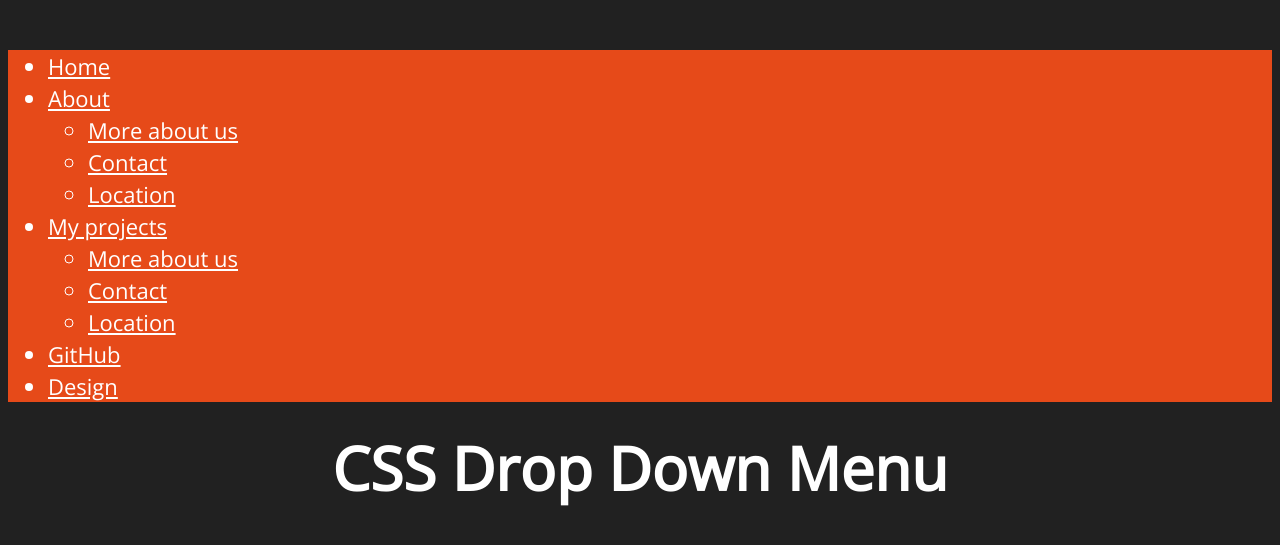
Repository: alikahwaji/HTML-CSS-workshop
Page: index.html
These files come from the project's save history. The page is drawn as it stood at one moment and after the next save; the edit follows.
The browser window is 1280 px wide. The pictures show the whole page.

Above is the page before, as saved 2019-10-29 11:59:21.

After the next save:
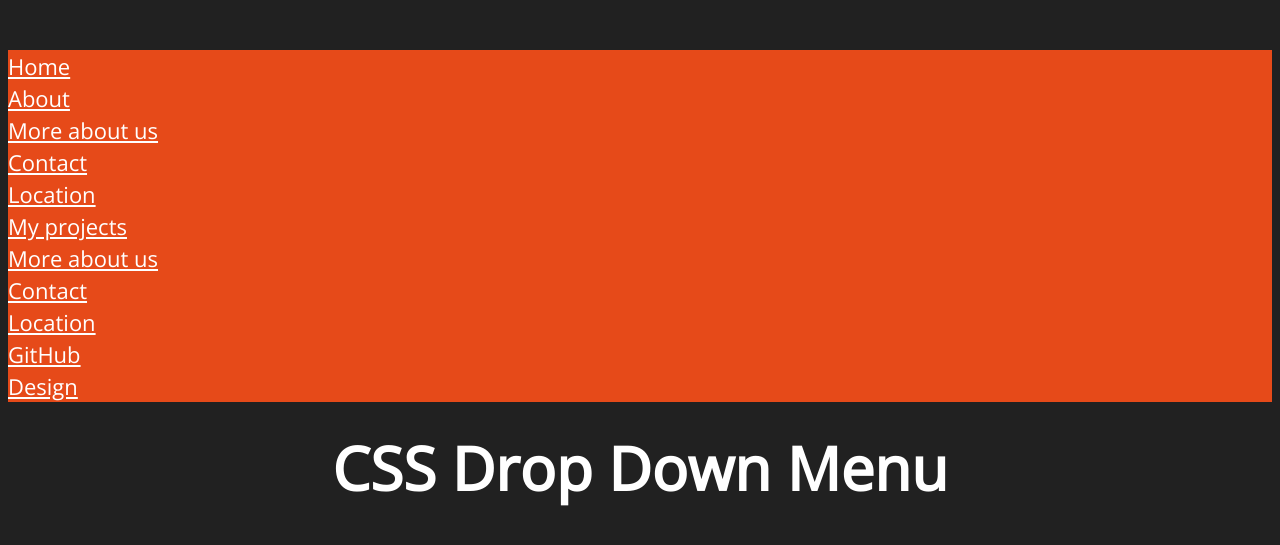
Saved 2 min 10 s later.
--- a/index.css
+++ b/index.css
@@ -28,3 +28,10 @@ nav {
     margin: 50px 0;
     background-color: #e64a19;
 }
+
+nav ul {
+    padding: 0;
+    margin: 0;
+    list-style: none;
+    position: relative;
+}
